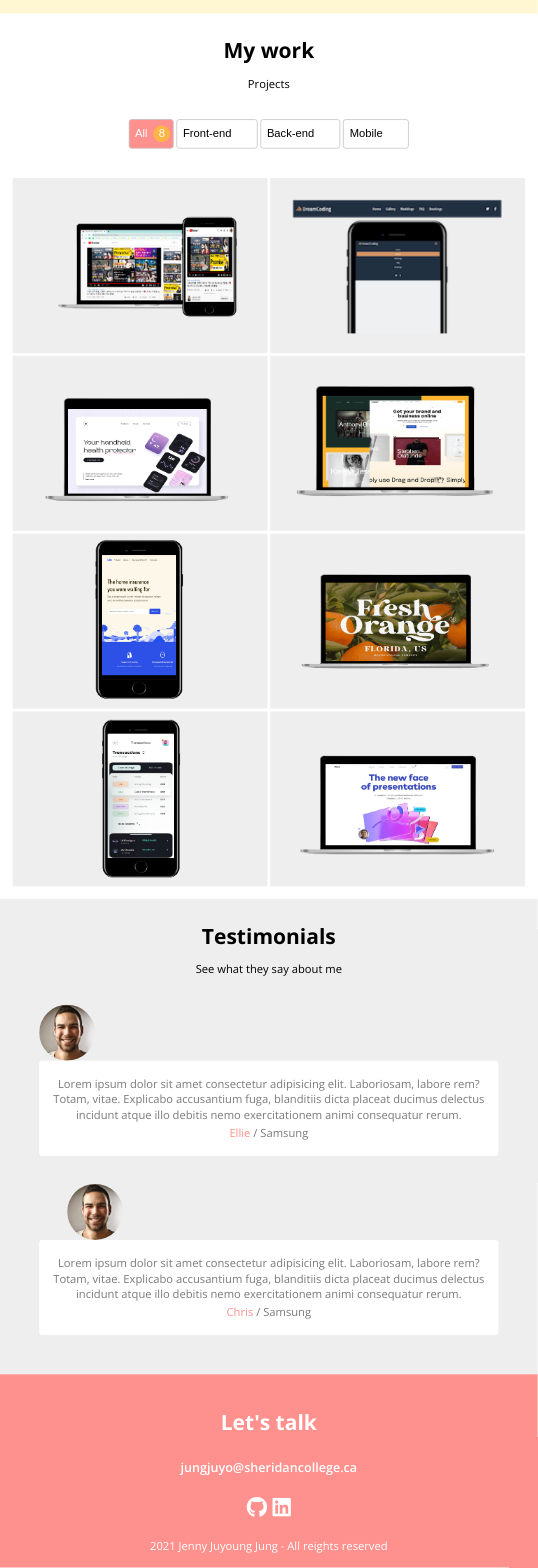
Repository: jennyjjung/portfolio.v0
Page: index.html
An editor plug-in stored every save of this project. The page is shown before and after the next save, followed by the edit.
The browser window is 768 px wide. The pictures show the part of the page from y = 2665 to 4905 px (the page is 4905 px tall), at 70% of full size.
Some web libraries are served in a nearby version.

Above is the page before, as saved 2022-02-28 12:09:22.

### index.html
<!DOCTYPE html>
<html lang="en">

<head>
  <meta charset="UTF-8">
  <meta http-equiv="X-UA-Compatible" content="IE=edge">
  <meta name="viewport" content="width=device-width, initial-scale=1.0">
  <title>Jenny's Portfolio</title>
  <meta name="description" content="Portfolio for world-renowned software engineer Jenny">
  <meta nema="author" content="Jenny">
  <link rel="icon" type="image/png" href="imgs/favicon.png" />
  <script src="https://kit.fontawesome.com/3a426e8432.js" crossorigin="anonymous"></script>
  <link rel="preconnect" href="https://fonts.googleapis.com">
  <link rel="preconnect" href="https://fonts.gstatic.com" crossorigin>
  <link href="https://fonts.googleapis.com/css2?family=Open+Sans:wght@400;600;700&display=swap" rel="stylesheet">
  <link rel="stylesheet" href="style.css" />
  <script src="main.js" defer></script>
</head>

<body>
  <!-- Navbar -->
  <nav id="navbar">
    <div class="navbar__logo">
      <i class="fab fa-diaspora"></i>
      <a href="#">Jenny</a>
    </div>
    <div class="navbar__menu">
        <li class="navbar__menu__item active" data-link="#home">Home</li>
        <li class="navbar__menu__item" data-link="#about">About</li>
        <li class="navbar__menu__item" data-link="#skills">Skills</li>
        <li class="navbar__menu__item" data-link="#work">My Work</li>
        <li class="navbar__menu__item" data-link="#testimonials">Testimonial</li>
        <li class="navbar__menu__item" data-link="#contact">Contact</li>
    </div>

    <!-- Toggel button -->
    <button class="navbar__toggle-btn">
      <i class="fas fa-bars"></i>
    </button>



  </nav>

  <!-- Home -->
  <section id="home">
    <div class= "home__container">
      <img src="imgs/profile.png" alt="Jenny's profile photo" class="home__avartar">
      <h1 class="home__title">Hello, <br>I am a Dream Coder!</h1>
      <h2 class="home__description">A Software Engineer currently residing in Ontario, Canada.</h2>
      <button class="home__contact">Contact Me</button>
    </div>
  </section>

  <!-- About -->
  <section id="about" class="section section__container">
    <h1>About me</h1>
    <p>
      Lorem ipsum dolor sit amet, consectetur adipisicing elit. Reiciendis, sit ex eos deserunt suscipit nobis
      aspernatur iste laudantium quibusdam aut, error iusto porro ut fuga corporis quis expedita, odit beatae?
    </p>
    <div class="about__majors">
      <div class="major">
        <div class="major__icon">
          <i class="fab fa-css3-alt"></i>
        </div>
        <h2 class="major__title">Front-end</h2>
        <div class="major__description">HTML, CSS, JavaScript, TypeScript, <br>React, Vue, Web APIs</div>
      </div>
      <div class="major">
        <div class="major__icon">
          <i class="fas fa-mobile-alt"></i>
        </div>
        <h2 class="major__title">Mobile</h2>
        <div class="major__description">Android, iOS, React Native, Flutter<br>Java, Swift, Kotilin</div>
      </div>
      <div class="major">
        <div class="major__icon">
          <i class="fas fa-server"></i>
        </div>
        <h2 class="major__title">Back-end</h2>
        <div class="major__description">Java, JavaScript, Go, NodeJS<br>Rest APIs, GraphGL</div>
      </div>
    </div>
    <div class="about__org">
      <div class="org">
        <img src="imgs/Sheridan_College_Logo.png" alt="Sheridan College" class="org__logo">
        <div class="job__description">
          <p class="org__name">Sheridan College - System Development Software Engineering</p>
          <p class="org__period">2021 Jan - Until now</p>
        </div>
      </div>
    </div>
  </section>

  <!-- Skills -->
  <section id="skills" class="section">
    <div class="section__container">
      <h1>Skills</h1>
      <h2>Skills & Attributes</h2>
      <p>
        Experience with all phases of the software life-cycle. Passion for learning new technologies. Capable of working
        within a team environment and independently. Ability to plan and time scheedule, work under strict time pressure
        and adapt quickly when needed.
      </p>

      <div class="skillset">
        <div class="skillset__left">
          <h3 class="skillset_title">Skills</h3>
          <div class="skill">
            <div class="skill_description">
              <span>Java</span>
              <span>80%</span>
            </div>
            <div class="skill__bar">
              <div class="skill__value" style="width:80%;"></div>
            </div>
          </div>
          <div class="skill">
            <div class="skill_description">
              <span>HTML, CSS</span>
              <span>95%</span>
            </div>
            <div class="skill__bar">
              <div class="skill__value" style="width:90%;"></div>
            </div>
          </div>
          <div class="skill">
            <div class="skill_description">
              <span>JavaScripnt</span>
              <span>80%</span>
            </div>
            <div class="skill__bar">
              <div class="skill__value" style="width:80%;"></div>
            </div>
          </div>
          <div class="skill">
            <div class="skill_description">
              <span>PHP</span>
              <span>50%</span>
            </div>
            <div class="skill__bar">
              <div class="skill__value" style="width:50%;"></div>
            </div>
          </div>
        </div>

        <div class="skillset__right">
          <div class="tools">
            <h3 class="skillset_title">Tools</h3>
            <ul class="tools__list">
              <li><span>Eclipse, Netbeans, IntelliJ</span></li>
              <li><span>Visual Studio Code, Atom</span></li>
              <li><span>Azure Data Studio</span></li>
              <li><span>Visual Paradigm</span></li>
            </ul>
          </div>
          <div class="technologies">
            <h3 class="skillset_title">Technologies</h3>
            <ul class="tools__list">
              <li><span>Linux</span></li>
              <li><span>Web Development</span></li>
              <li><span>Git</span></li>
            </ul>
          </div>
        </div>
      </div>
    </div>
  </section>

  <!-- Work -->
  <section id="work" class="section">
    <div class="section__container">
      <h1>My work</h1>
      <h3>Projects</h3>
      <div class="work__categories">
        <button class="category__btn selected" data-filter="*">All <span class="category__count">8</span></button>
        <button class="category__btn" data-filter="front-end">Front-end <span class="category__count">3</span></button>
        <button class="category__btn" data-filter="back-end">Back-end <span class="category__count">3</span></button>
        <button class="category__btn" data-filter="mobile">Mobile <span class="category__count">2</span></button>
      </div>

      <div class="work__projects">
        <a href="#" class="project" target="blank" data-type="front-end">
          <img class="project__img" src="imgs/projects/project1.png" alt="project1">
          <div class="project__description">
            <h3>Youtube Site</h3>
            <span>Clone coding with HTML and CSS</span>
          </div>
        </a>


        <a href="#" class="project" target="blank" data-type="back-end">
          <img class="project__img" src="imgs/projects/project2.png" alt="project2">
          <div class="project__description">
            <h3>project2</h3>
            <span>Clone coding with HTML and CSS</span>
          </div>
        </a>

        <a href="#" class="project" target="blank" data-type="front-end">
          <img class="project__img" src="imgs/projects/project3.png" alt="project3">
          <div class="project__description">
            <h3>project3</h3>
            <span>Clone coding with HTML and CSS</span>
          </div>
        </a>

        <a href="#" class="project" target="blank" data-type="back-end">
          <img class="project__img" src="imgs/projects/project4.png" alt="project4">
          <div class="project__description">
            <h3>project4</h3>
            <span>Clone coding with HTML and CSS</span>
          </div>
        </a>

        <a href="#" class="project" target="blank" data-type="mobile">
          <img class="project__img" src="imgs/projects/project5.png" alt="project5">
          <div class="project__description">
            <h3>project5</h3>
            <span>Clone coding with HTML and CSS</span>
          </div>
        </a>


        <a href="#" class="project" target="blank" data-type="front-end">
          <img class="project__img" src="imgs/projects/project6.png" alt="project6">
          <div class="project__description">
            <h3>project6</h3>
            <span>Clone coding with HTML and CSS</span>
          </div>
        </a>


        <a href="#" class="project" target="blank" data-type="mobile">
          <img class="project__img" src="imgs/projects/project7.png" alt="project7">
          <div class="project__description">
            <h3>project7</h3>
            <span>Clone coding with HTML and CSS</span>
          </div>
        </a>


        <a href="#" class="project" target="blank" data-type="back-end">
          <img class="project__img" src="imgs/projects/project8.png" alt="project8">
          <div class="project__description">
            <h3>project8</h3>
            <span>Clone coding with HTML and CSS</span>
          </div>
        </a>
      </div>
    </div>
  </section>

  <!-- Testimonials -->
  <section id="testimonials" class="section">
    <div class="section__container">
      <h1>Testimonials</h1>
      <h3>See what they say about me</h3>
      <div class="testimonials">
        <div class="testimonial">
          <img src="imgs/testimonial/bob.jpg" alt="People" class="testimonial__avatar">
          <div class="testimonial__speech-bubble">
            <p>Lorem ipsum dolor sit amet consectetur adipisicing elit. Laboriosam, labore rem? Totam, vitae. Explicabo accusantium fuga, blanditiis dicta placeat ducimus delectus incidunt atque illo debitis nemo exercitationem animi consequatur rerum.</p>
            <p class="name"><a href="#">Ellie </a>/ Samsung</p>
          </div>
        </div>
      </div>

      <div class="testimonials">
        <div class="testimonial">
          <div class="testimonial__speech-bubble">
            <p>Lorem ipsum dolor sit amet consectetur adipisicing elit. Laboriosam, labore rem? Totam, vitae. Explicabo accusantium fuga, blanditiis dicta placeat ducimus delectus incidunt atque illo debitis nemo exercitationem animi consequatur rerum.</p>
            <p class="name"><a href="#">Chris </a>/ Samsung</p>
          </div>
          <img src="imgs/testimonial/bob.jpg" alt="People" class="testimonial__avatar">
        </div>
      </div>
    </div>

  </section>

  <!-- Contact -->
  <section id="contact" class="section">
    <h1 class="contact__title">Let's talk</h1>
    <h2 class="contact__email">jungjuyo@sheridancollege.ca</h2>
    <div class="contact__links">
      <a href="https://github.com/jennyjjung" target="_blank">
        <i class="fa fa-github"></i>
      </a>
      <a href="https://www.linkedin.com/in/jennyjjung" target="_blank">
        <i class="fa fa-linkedin-square"></i>
      </a>
    </div>
    <p class="contact__rights">2021 Jenny Juyoung Jung - All reights reserved</p>
  </section>

  <!-- Arrow up-->
  <button class="arrow-up">
    <i class="fa-solid fa-arrow-up"></i>
  </button>
</body>

</html>

### style.css
/* Global */
:root {
  /* Color */
  --color-white: #ffffff;
  --color-light-white: #eeeeee;
  --color-dark-white: #bdbdbd;
  --color-pink: #fe918d;
  --color-dark-pink: #ff6863;
  --color-dark-grey: #4d4d4d;
  --color-grey: #616161;
  --color-light-grey: #7c7979;
  --color-blue: #73aace;
  --color-yellow: #fff7d1;
  --color-orange: #feb546;
  --color-black: #000000;

  /* Font weight */
  --weight-bold: 700;
  --weight-semi-bold: 600;
  --weight-regular: 400;

  /* Font Size */
  --font-large: 48px;
  --font-medium: 28px;
  --font-regular: 18px;
  --font-small: 16px;
  --font-micro: 14px;

  /* Size */
  --size-border-radius: 4px;

  /* Animation */
  --animation-duration: 300ms;
}

/* Universal tags */
* {
  box-sizing: border-box;
}

body {
  margin: 0;
  font-family: "Open Sans", sans-serif;
  cursor: default;
}

a {
  text-decoration: none;
  color: var(--color-white);
}

ul {
  list-style: none;
  padding-left: 0;
}

li {
  list-style: none;
}

button {
  background-color: transparent;
  cursor: pointer;
  border: none;
  outline: none;
}

/* Typography */
h1 {
  font-size: var(--font-large);
  font-weight: var(--weight-bold);
  color: var(--color-black);
  margin: 16px 0px;
}

h2 {
  font-size: var(--font-medium);
  font-weight: var(--weight-semi-bold);
  color: var(--color-black);
  margin: 8px 0;
}

h3 {
  font-size: var(--font-regular);
  font-weight: var(--weight-regular);
  color: var(--color-black);
  margin: 8px 0;
}

p {
  font-size: var(--font-regular);
  font-weight: var(--weight-regular);
  color: var(--color-black);
  margin: 4px 0;
}

/* Navbar */
#navbar {
  position: fixed;
  width: 100%;
  display: flex;
  justify-content: space-between;
  background-color: transparent;
  align-items: center;
  color: var(--color-white);
  padding: 16px;
  transition: all var(--animation-duration) ease-in-out;
  z-index: 1;
}

#navbar.navbar--dark {
  background-color: var(--color-pink);
  padding: 5px;
}

.navbar__menu {
  display: flex;
}

.navbar__logo {
  font-size: var(--font-medium);
  font-weight: var(--weight-semi-bold);
}

.navbar__menu__item {
  padding: 8px 12px;
  margin: 0 4px;
  cursor: pointer;
  color: var(--color-white);
  border: 1px solid transparent;
  border-radius: var(--size-border-radius);
}

.navbar__menu__item:hover {
  border-color: var(--color-white);
  background-color: var(--color-dark-pink);
}

.navbar__toggle-btn {
  position: absolute;
  right: 32px;
  font-size: 24px;
  color: var(--color-white);
  top: 24px;
  display: none;
}

/* Home */
#home {
  background: url("imgs/homebackground.png") center/cover no-repeat;
  padding: 40px;
  padding-top: 120px;
  text-align: center;
}

.home__avartar {
  width: 250px;
  height: 250px;
  border-radius: 50%;
  border: 2px solid var(--color-light-white);
}

.home__title,
.home__description {
  color: var(--color-white);
}

.home__contact {
  color: var(--color-light-white);
  font-size: var(--font-regular);
  font-weight: var(--weight-bold);
  margin: 24px;
  padding: 8px 12px;
  border: 2px solid var(--color-light-white);
  border-radius: var(--size-border-radius);
}

.home__contact:hover {
  background-color: var(--color-orange);
}

/* Section common */
.section {
  padding: 50px;
  text-align: center;
  margin: auto;
}

.section__container {
  max-width: 1200px;
  margin: auto;
}

/* About */
.about__majors {
  display: flex;
  justify-content: space-between;
  margin: 80px 0;
}

.major__icon {
  width: 170px;
  height: 170px;
  line-height: 170px;
  font-size: 70px;
  margin: auto;
  color: var(--color-blue);
  border: 1px solid var(--color-blue);
  border-radius: 50%;
  margin-bottom: 16px;
}

.major__icon i {
  transition: all var(--animation-duration) ease;
}

.major__icon:hover i {
  color: var(--color-pink);
  transform: rotate(-30deg) scale(1.1);
}

.major__title,
.major__description {
  color: var(--color-dark-grey);
}

.major__description {
  font-size: var(--font-small);
}

.org {
  display: flex;
  align-items: center;
}

.org img {
  width: 80px;
}

.org__description {
  margin: 0 16px;
  text-align: left;
}

.org__name,
.org__period {
  color: var(--color-light-grey);
}

.org__name {
  font-size: var(--font-small);
}

.org__period {
  font-size: var(--font-micro);
}

/* Skill */

#skills {
  background-color: var(--color-yellow);
}

.skillset {
  display: flex;
  background-color: var(--color-light-grey);
  color: var(--color-light-white);
  margin: 20px 0;
}

.skillset_title {
  color: var(--color-white);
}

.skillset__left {
  flex-basis: 60%;
  background-color: var(--color-dark-grey);
  padding: 20px 40px;
}

.skill {
  margin-bottom: 32px;
}

.skill_description {
  display: flex;
  justify-content: space-between;
}

.skill__bar {
  width: 100%;
  height: 3px;
  background-color: var(--color-grey);
}

.skill__value {
  height: 3px;
  background-color: var(--color-orange);
}

.skillset__right {
  flex-basis: 40%;
}

.tools {
  background-color: var(--color-grey);
}

.tools,
.technologies {
  padding: 20px;
}

/* Work */

.work__categories {
  margin: 40px;
}
.category__btn {
  border: 1px solid var(--color-dark-white);
  border-radius: var(--size-border-radius);
  font-size: var(--font-regular);
  padding: 8px 48px;
}

.category__btn.selected,
.category__btn:hover {
  background-color: var(--color-pink);
  color: var(--color-white);
}

.category__btn.selected .category__count,
.category__btn:hover .category__count {
  opacity: 1;
  top: 0;
}

.category__count {
  background-color: var(--color-orange);
  border-radius: 50%;
  color: var(--color-white);
  width: 24px;
  line-height: 24px;
  display: inline-block;
  position: relative;
  top: -20px;
  left: 4px;
  opacity: 0;
  transition: all var(--animation-duration);
}

.work__projects {
  display: flex;
  flex-wrap: wrap;
  justify-content: center;
  opacity: 1;
  transition: all var(--animation-duration) ease-out;
}

.work__projects.anim-out {
  opacity: 0;
  transform: scale(0.96) translateY(40px);
}

.project {
  display: flex;
  justify-content: center;
  align-items: center;
  position: relative;
  width: 280px;
  height: 250px;
  margin: 2px;
  background-color: var(--color-light-white);
}

.project.invisible {
  display: none;
}

.project__img {
  max-width: 100%;
  max-height: 100%;
}

.project__description {
  display: flex;
  flex-direction: column;
  justify-content: center;
  background-color: black;
  position: absolute;
  top: 0;
  left: 0;
  width: 100%;
  height: 100%;
  opacity: 0;
  transform: translateY(10px);
  transition: all var(--animation-duration) ease;
}

.project:hover .project__description {
  opacity: 0.8;
  transform: translateY(0px);
}

.project__description h3 {
  color: var(--color-orange);
}

.project__description h3:after {
  content: "";
  display: block;
  position: relative;
  left: 50%;
  width: 50px;
  height: 2px;
  transform: translateX(-50%);
  margin-top: 8px;
  background-color: var(--color-dark-white);
}

/* Testimonials */

#testimonials {
  background-color: var(--color-light-white);
}

.testimonials {
  margin: 40px;
}

.testimonial {
  display: flex;
  margin: 32px 0;
}

.testimonial__avatar {
  width: 150px;
  height: 150px;
  border-radius: 50%;
}

.testimonial__avatar:nth-child(odd) {
  margin-right: 40px;
}

.testimonial__avatar:nth-child(even) {
  margin-left: 40px;
}

.testimonial__speech-bubble {
  padding: 18px;
  background-color: var(--color-white);
  border-radius: var(--size-border-radius);
}

.testimonial__speech-bubble p {
  color: var(--color-light-grey);
}

.testimonial__speech-bubble a {
  color: var(--color-pink);
}

/* Contact */

#contact {
  background-color: var(--color-pink);
}

.contact__title,
.contact__email,
.contact__rights {
  color: var(--color-white);
}

.contact__title {
  margin: 32px 0;
}

.contact__links {
  font-size: var(--font-large);
  margin: 24px 0;
  transition: all var(--animation-duration);
}

.contact__links i:hover {
  transform: scale(1.1);
  color: var(--color-light-grey);
}

/* Scroll */
.arrow-up {
  position: fixed;
  bottom: 50px;
  right: 50px;
  width: 70px;
  height: 70px;
  font-size: 50px;
  color: var(--color-white);
  background-color: var(--color-pink);
  border-radius: 50%;
  opacity: 0;
  pointer-events: none;
  transition: opacity 300ms ease-in;
}

.arrow-up.visible {
  opacity: 1;
  pointer-events: auto;
}

/* For below 768px screen width */
@media screen and (max-width: 768px) {
  :root {
    /* Font Size */
    --font-large: 30px;
    --font-medium: 18px;
    --font-regular: 16px;
    --font-small: 14px;
    --font-micro: 12px;
  }
  .navbar__toggle-btn {
    display: block;
  }

  #navbar {
    flex-direction: column;
    align-items: flex-start;
    background-color: var(--color-pink);
  }

  #navbar.navbar--dark {
    padding: 16px;
  }

  .navbar__menu {
    flex-direction: column;
    text-align: center;
    width: 100%;
    display: none;
  }

  .navbar__menu.open {
    display: block;
  }

  .section {
    padding: 16px;
  }

  .about__majors {
    flex-direction: column;
    margin-top: 30px;
    margin-bottom: 0px;
  }

  .major {
    margin-bottom: 38px;
  }

  .skillset {
    flex-direction: column;
  }

  .category__btn {
    padding: 8px;
  }

  .project {
    flex-grow: 1;
  }

  .testimonial {
    flex-direction: column;
  }

  .testimonial__avatar {
    width: 80px;
    height: 80px;
  }

  .testimonial__speech-bubble {
    order: 1;
  }
}

### main.js
'use strict';


// Make navbar transparent when it is on the top
const navbar = document.querySelector('#navbar');
const navbarHeight = navbar.getBoundingClientRect().height;

document.addEventListener('scroll', () => {
  // console.log(window.scrollY);
  // console.log(`navbarHeight: ${navbarHeight}`);

  if(window.scrollY > navbarHeight) {
    navbar.classList.add('navbar--dark');
  } else {
    navbar.classList.remove('navbar--dark');
  }
});

// Handle scrolling when tapping on the navbar menu
const navbarMenu = document.querySelector('.navbar__menu');
navbarMenu.addEventListener('click', (event) => {
  const target = event.target;
  const link = target.dataset.link;

  if (link == null) {
    return;
  }
  //console.log(event.target.dataset.link);
  navbarMenu.classList.remove('open');
  scrollIntoView(link);
});

// Navbar toggle button for small screen
const navbarToggleBtn = document.querySelector('.navbar__toggle-btn');
navbarToggleBtn.addEventListener('click', () => {
  navbarMenu.classList.toggle('open');
});


// Handle click on "contact me" button on home
const homeContactBtn = document.querySelector('.home__contact');

homeContactBtn.addEventListener('click', (event) => {
  scrollIntoView('#contact');
});

// Make home slowly fade to transparent as the window scrolls down
const home = document.querySelector('.home__container');
const homeHeight = home.getBoundingClientRect().height;
document.addEventListener('scroll', () => {
  //console.log(1 - window.scrollY / homeHeight);
  home.style.opacity = 1 - window.scrollY / homeHeight;
});

// Show "arrow up" button when scrolling down
const arrowUp = document.querySelector('.arrow-up');
document.addEventListener('scroll', () => {
  if(window.scrollY > homeHeight / 2) {
    arrowUp.classList.add('visible');
  } else {
    arrowUp.classList.remove('visible');
  }
});

// Handle click on the "arrow up" button
arrowUp.addEventListener('click', () => {
  scrollIntoView('#home');
});

// Projects
const workBtnContainer = document.querySelector('.work__categories');
const projectContainer = document.querySelector('.work__projects');
const projects = document.querySelectorAll('.project');
workBtnContainer.addEventListener('click', (e) => {
  const filter = e.target.dataset.filter || e.target.parentNode.dataset.filter;

  if (filter == null) {
    return;
  }

  // Remove selection from the previous item and select the new one
  const active = document.querySelector('.category__btn.selected');
  active.classList.remove('selected');
  const target =
    e.target.nodeName === 'BUTTON' ? e.target : e.target.parentNode;
  target.classList.add('selected');

  projectContainer.classList.add('anim-out');
  setTimeout(() => {
    projects.forEach((project) => {
      console.log(project.dataset.type);
      if (filter === '*' || filter === project.dataset.type) {
        project.classList.remove('invisible');
      } else {
        project.classList.add('invisible');
      }
    });
    projectContainer.classList.remove('anim-out');
  }, 300);

  // console.log('----------------');
  // for (let project of projects) {
  //   console.log(project);
  // }

  // console.log('----------------');
  // let project;
  // for (let i = 0; i < projects.length; i++) {
  //   project = projects[i];
  // }

});


// extract method that is repeating
function scrollIntoView(selector) {
  const scrollTo = document.querySelector(selector);
  scrollTo.scrollIntoView({behavior: 'smooth'});
};

After the next save:
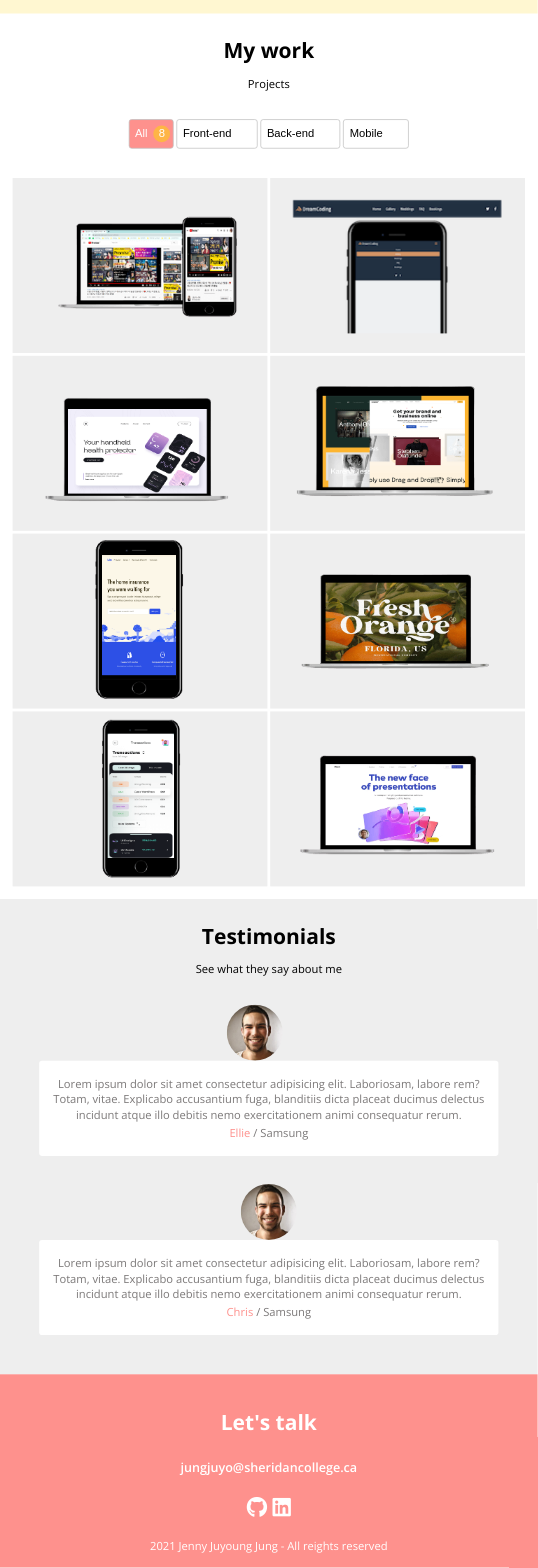
Saved 78 s later.
--- a/style.css
+++ b/style.css
@@ -572,6 +572,7 @@ p {
 
   .testimonial {
     flex-direction: column;
+    align-items: center;
   }
 
   .testimonial__avatar {
@@ -579,6 +580,10 @@ p {
     height: 80px;
   }
 
+  .testimonial__avatar:nth-child(even) {
+    margin: 0;
+  }
+
   .testimonial__speech-bubble {
     order: 1;
   }
